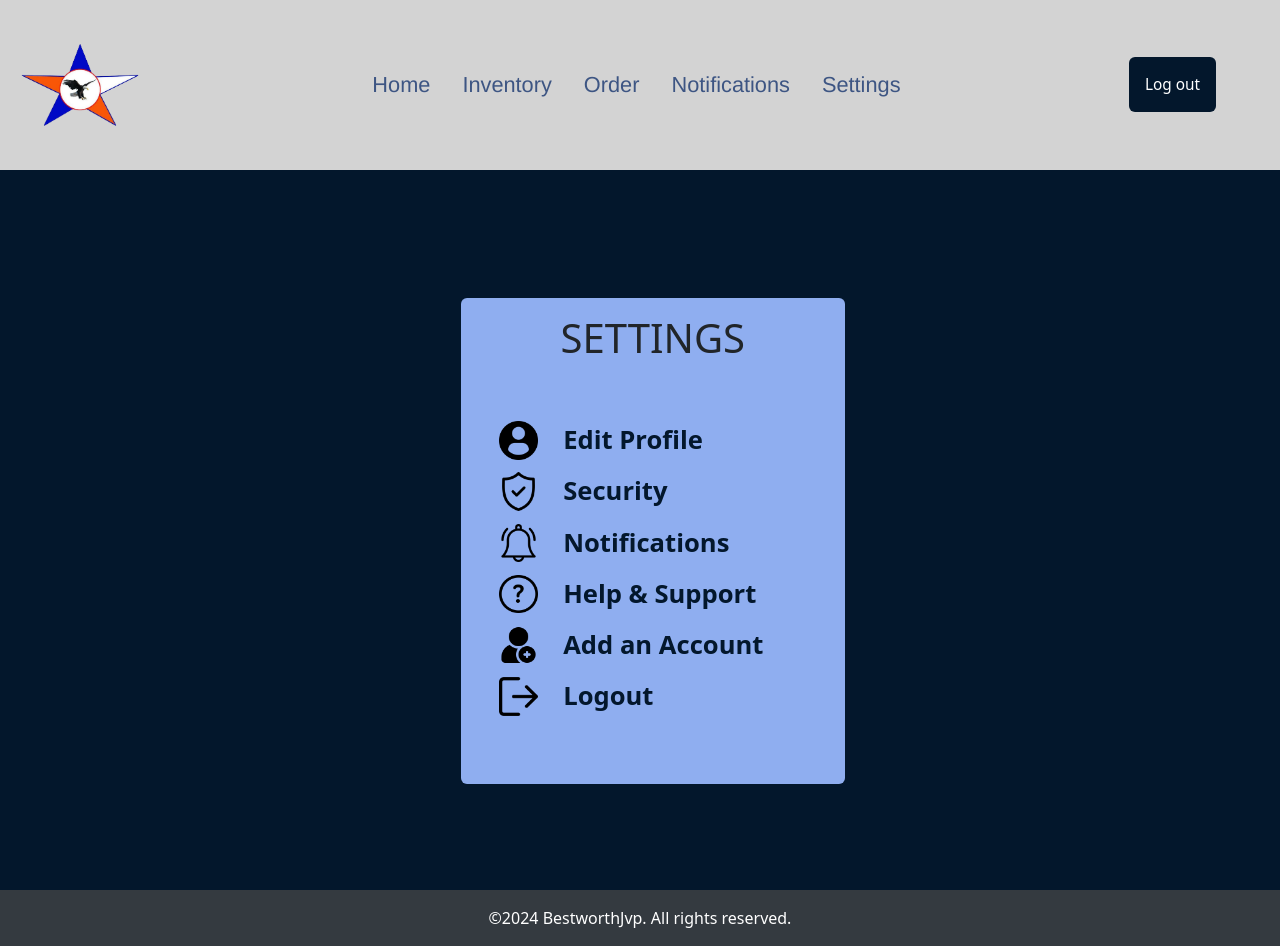
Repository: OVictor21/inventory
Page: /Setting
The author's editor kept a copy of each file at every save. The page is drawn from the files as they stood at one save, then again after a run of saves.
The browser window is 1280 px wide. The pictures show the whole page.
The project was rebuilt for these pictures with package versions that can differ from the ones it lists, and the page was loaded fresh each time. Also part of the build but not shown: src/components/login.jsx, src/components/signup.jsx, src/components/reset1.jsx, src/components/reset2.jsx, src/pages/Admin.jsx.

Above is the page before, as saved 2024-12-16 19:57:12.

### src/index.css

.logo {
  background-size: cover;
  background-repeat: no-repeat;
  background-position: center;
  height: auto;
  width:9rem ;
}

.sign-in{
  width: 40vw;
  height: 65vw;
  left: 45vw;
  top: -10vw;
  overflow: hidden;
}

.login {
  display: flex;
  flex-direction: column;
  min-height: 100vh;
  overflow: hidden;

}

.nav-body {
  flex-grow: 1;
  background-color: #D3D3D3;
  width: 35vw;
  height: 65vw;
}

.text{
  top: 5vw;
  left: 6vw;
  background: linear-gradient(180deg, rgb(51, 85, 136) 13.5%, rgb(206, 208, 214) 100%);
  -webkit-background-clip: text !important;
  background-clip: text;
  -webkit-text-fill-color: transparent;
  text-fill-color: transparent;
  font-family: "Montserrat-Bold", Helvetica;
  font-weight: 700;
  color: transparent;
  font-size: 4vw;
  letter-spacing: 0;
  line-height: normal;
}



.text-wrapper-8 {
  background: linear-gradient(180deg, rgb(51, 85, 136) 13.5%, rgb(206, 208, 214) 100%);
  -webkit-background-clip: text !important;
  background-clip: text;
  -webkit-text-fill-color: transparent;
  text-fill-color: transparent;
  font-family: "Montserrat-Bold", Helvetica;
  font-weight: 600;
  color: transparent;
  font-size: 2vw;
  letter-spacing: 0;
  line-height: normal;
  top: 13vw;
  left: 6vw;
}

.email-text{
  font-size: 1.2vw;

}

.email{
  top: 17vw;
  left: 6vw;
}

.email-in{
  top: 23vw;
  left: 6vw;
  width: 80%;
  max-width: 80%;
  height: 5%;
}

.pass{
  top: 27vw;
  left: 6vw;
}

.pass-in{
  top: 33vw;
  left: 6vw;
  width: 80%;
  max-width: 80%;
  height: 5%;

}

.text-wrapper-7{
  font-family: "Montserrat-Regular", Helvetica;
  font-weight: 400;
  color: #00000061;
  font-size: 1.3vw;
  letter-spacing: 0;
  line-height: normal;
  top: 30vw;
  text-decoration: none;
  right: 2vw;
}



.sign-btn{
  background: linear-gradient(180deg, rgb(51, 85, 136) 93.5%, rgb(206, 208, 214) 97%);
  font-family: "Montserrat-Bold", Helvetica;
  font-weight: 700;
  font-size: 1.5rem;
  letter-spacing: 0;
  line-height: normal;
  width: 80%;
  height: 3rem;
  top: 42vw;
  left: 6vw;
  /* box-shadow: 0px 22px 75px #00000040; */
}


.acct{
  font-family: "Montserrat-Regular", Helvetica;
  font-weight: 700;
  color: #000000;
  font-size: 1.5vw;
  letter-spacing: 0;
  line-height: normal;
  top: 52vw;
  left: 6vw;
}

.acct-1{
  font-family: "Montserrat-Bold", Helvetica;
  font-weight: 700;
  color: rgb(51, 85, 136);
  font-size: 1.5vw;
  text-decoration: none;
  letter-spacing: 0;
  line-height: normal;
  top: 52vw;
  right: 3vw;
}



.pass-text{
font-size: 1.2vw;
}
.footer-body {
  background-color: #343a40; /* Example background color */
  text-align: center;
  padding: 1rem 0;
  margin-top: auto; /* Pushes the footer to the bottom */
}



.side{
  background-color: #D3D3D3;
}
.footers{
  top: 99vh;
  right: 0vw;
  background-color: #343a40;
}

.signuptext{
  top: 5vw;
  left: 6vw;
  background: linear-gradient(180deg, rgb(51, 85, 136) 13.5%, rgb(206, 208, 214) 100%);
  -webkit-background-clip: text !important;
  background-clip: text;
  -webkit-text-fill-color: transparent;
  text-fill-color: transparent;
  font-family: "Montserrat-Bold", Helvetica;
  font-weight: 700;
  color: transparent;
  font-size: 3vw;
  letter-spacing: 0;
  line-height: normal;
}

.nav{
  background-color: #D3D3D3;
}

.logo{
  width: 10vw;
  height: 7vw;
}

nav {
  background-color: #D3D3D3;

}


.navbar-brand img {
  max-width: 10vw;
  min-width: 5vw;
}

.navv{
  color: white;
}

.nav-text-current {
  font-family: "Montserrat", Helvetica;
  font-weight: 700;
  color: #ffffff;
  font-size: 1.5vw;
}

.nav-text {
  font-family: "Montserrat", Helvetica;
  font-weight: 700;
  color: #ffffff;
  font-size: 2.5vw;

}

.nav-link.nav-text {
  font-family: "Montserrat", Helvetica;
  font-weight: 400;
  color: #3d5583 !important;
  font-size: 1.7vw;
}

.navbar-nav .nav-link.nav-text:hover {
  color: rgb(143, 174, 240) !important;
}

.logout{
  background-color: #03172c !important;
}

.logout:hover {
  color: rgb(143, 174, 240) !important;
}

.nav-link.nav-text-2{
  color: white;
  font-size: 1.2vw;
}

.nav-link.nav-text-2:hover{
  color: rgb(143, 174, 240) !important;
}

.admin-body{
  background-color: #03172c;
}

.inventory{
  width: 35vw;
  height: 10vw;
  background-color:rgb(143, 174, 240) ;
  overflow: hidden;
}

.inventory-logo{
  width: 5vw;
  height: 3vw;
}

.admin-text{
  font-size: 2vw;
  font-weight: 600;
  color: #03172c ;
  left: 16vw;
  top:3vw;
}

.admin-footer {
  background-color: #343a40; /* Example background color */
  text-align: center;
  padding: 1rem 0;
  margin-top: auto; /* Pushes the footer to the bottom */
}

.admin-logo{
  left: 5vw;
  top:2vw;
}
.setting-body{
  background-color: #03172c;
}
.setting{
  width: 30vw;
  height: 38vw;
  background-color:rgb(143, 174, 240) ;
  overflow: hidden;
  left: 36vw;
  top: 10vw;
}

.user-logo{
  width: 3vw;
  height: 3vw;
}

.profile-logo{
  left: 3vw;
  top:4vw;
}

.user-text{
  font-size: 2vw;
  font-weight: 600;
  color: #03172c ;
  left: 8vw;
  top:4vw;
}

.security-text{
  font-size: 2vw;
  font-weight: 600;
  color: #03172c ;
  left: 8vw;
  top:8vw;
}

.notify-text{
  font-size: 2vw;
  font-weight: 600;
  color: #03172c ;
  left: 8vw;
  top:12vw;
}

.help-text{
  font-size: 2vw;
  font-weight: 600;
  color: #03172c ;
  left: 8vw;
  top:16vw;
}

.acc-text{
  font-size: 2vw;
  font-weight: 600;
  color: #03172c ;
  left: 8vw;
  top:20vw;
}

.logout-text{
  font-size: 2vw;
  font-weight: 600;
  color: #03172c ;
  left: 8vw;
  top:24vw;
}

.security-logo{
  left: 3vw;
  top:8vw;
}

.notify-logo{
  left: 3vw;
  top:12vw;
}

.help-logo{
  left: 3vw;
  top:16vw;
}

.acc-logo{
  left: 3vw;
  top:20vw;
}

.logout-logo{
  left: 3vw;
  top:24vw;
}

### src/App.js
// import Navbar from './components/navbar';
import 'bootstrap/dist/css/bootstrap.min.css';
import { BrowserRouter as Router, Route, Routes } from "react-router-dom";
// import Home from "./components/home";
import Login from "./components/login";
import Signup from './components/signup';
import Reset1 from './components/reset1';
import Reset2 from './components/reset2';
import Admin from './pages/Admin';
import Setting from './pages/setting';



function App() {
  return (
    <div className="App">
      <Router>
      <Routes>
        <Route path="/Login" element={<Login />} />
        <Route path="/Signup" element={<Signup/>} />
        <Route path='/Reset1' element={<Reset1/>} />
        <Route path='/Reset2' element={<Reset2 />} />
        <Route path='/Admin' element={<Admin/>} />
        <Route path='/Setting' element={<Setting/>}/>

      </Routes>
    </Router>
    </div>
  );
}

export default App;

### src/pages/setting.jsx
import Navbar from "../components/navbar";

const Setting = () => {
  return (
    <div>
    <Navbar/>
    <div className="setting-body min-vh-100 d-flex flex-column position-relative ">
        <div className="setting justify-content-center rounded-2 mb-4 position-absolute ">
          <h1 className="text-center mt-3">SETTINGS</h1>
          <div className="user-logo position-relative ">

            <img className="d-block w-100 position-absolute profile-logo" src="/user.png" alt="Logo" />
            <a href="/Inventory " className="user-text  position-absolute text-decoration-none text-nowrap">Edit Profile</a>

            <img className="d-block w-100 position-absolute security-logo" src="/security.png" alt="Logo" />
            <a href="/Inventory " className="security-text  position-absolute text-decoration-none text-nowrap">Security</a>

            <img className="d-block w-100 position-absolute notify-logo" src="/notification.png" alt="Logo" />
            <a href="/Notification " className="notify-text  position-absolute text-decoration-none text-nowrap">Notifications</a>

            <img className="d-block w-100 position-absolute help-logo" src="/help.png" alt="Logo" />
            <a href="/Help " className="help-text  position-absolute text-decoration-none text-nowrap">Help & Support</a>

            <img className="d-block w-100 position-absolute acc-logo" src="/add-user.png" alt="Logo" />
            <a href="/Addacc " className="acc-text  position-absolute text-decoration-none text-nowrap">Add an Account</a>

            <img className="d-block w-100 position-absolute logout-logo" src="/logout.png" alt="Logo" />
            <a href="/Logout " className="logout-text  position-absolute text-decoration-none text-nowrap">Logout</a>
          </div>
        </div>
   </div>

   <footer className="mt-auto text-center py-3 w-100 position-absolute admin-footer text-white ">
            <p className="mb-0">&copy;2024 BestworthJvp. All rights reserved.</p>

          </footer>
    </div>


  )
}

export default Setting;

### src/components/navbar.jsx
import 'bootstrap/dist/js/bootstrap.bundle.min';

const Navbar = () => {
  return (
    <nav className="navbar navbar-expand-md justify-content-center p-3 z-1">

    <a className="navbar-brand d-flex me-auto" href="#">
        <img class="block w-100" src="/logo.png" alt="Logo"/>
    </a>
   <button class="navbar-toggler ms-auto" type="button" data-bs-toggle="collapse"
                data-bs-target="#collapseNavbar">
                <span class="navbar-toggler-icon"></span>
            </button>
    <div className="navbar-collapse collapse" id="collapseNavbar">

        <ul className="navbar-nav justify-content-center w-100">
            <li class="nav-item m-2 ">
                <a className="nav-link nav-text" href="/Home">Home</a>
            </li>

            <li className="nav-item m-2">
                <a className="nav-link nav-text" href="/Iventory">Inventory</a>
            </li>
            <li className="nav-item m-2">
                <a className="nav-link nav-text" href="/Order">Order</a>
            </li>
            <li className="nav-item m-2">
                <a className="nav-link nav-text" href="/Notifications">Notifications</a>
            </li>
            <li className="nav-item m-2">
                <a className="nav-link nav-text" href="/Setting">Settings</a>
            </li>

        </ul>

        <ul className="navbar-nav ms-auto justify-content-end mx-5">
                    <li className="nav-item logout p-2 rounded-2">
                        <a className="nav-link nav-text-2 text-nowrap" href="/Sign in/index.html">Log out</a>
                    </li>
                </ul>
    </div>
</nav>
  )
}

export default Navbar;


<script src="https://cdn.jsdelivr.net/npm/bootstrap@5.3.0/dist/js/bootstrap.bundle.min.js"></script>

Loaded but not shown: public/index.html (common file); src/index.js (common file); src/reportWebVitals.js (common file)

After the next 2 saves:
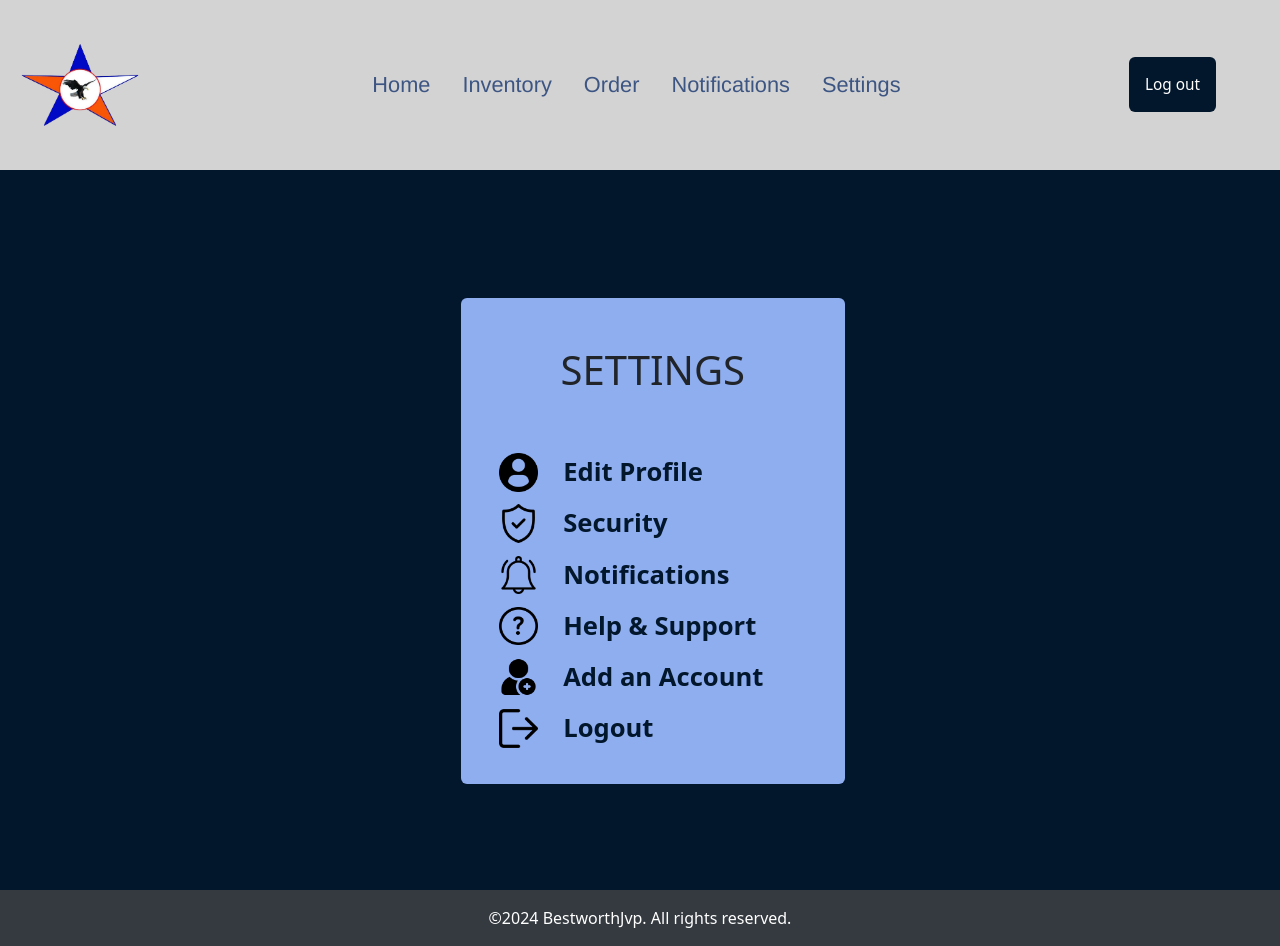
The 2 saves are shown as one change because they came seconds apart.
The last was saved 5 s later.
--- a/src/pages/setting.jsx
+++ b/src/pages/setting.jsx
@@ -6,7 +6,7 @@ const Setting = () => {
     <Navbar/>
     <div className="setting-body min-vh-100 d-flex flex-column position-relative ">
         <div className="setting justify-content-center rounded-2 mb-4 position-absolute ">
-          <h1 className="text-center mt-3">SETTINGS</h1>
+          <h1 className="text-center mt-5">SETTINGS</h1>
           <div className="user-logo position-relative ">
 
             <img className="d-block w-100 position-absolute profile-logo" src="/user.png" alt="Logo" />
